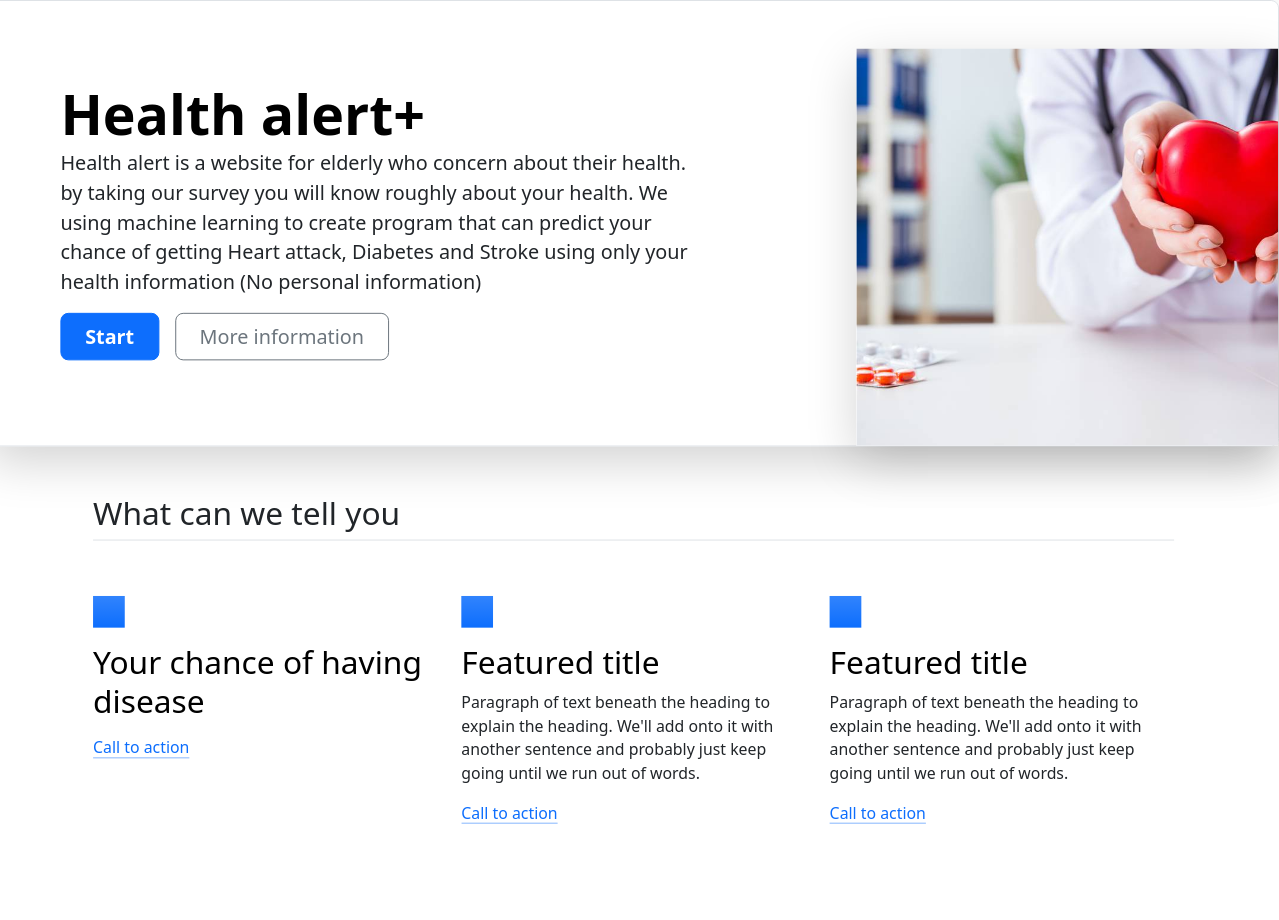
Repository: aneforollll/webapp
Page: index.html
The author's editor kept a copy of each file at every save. The page is drawn from the files as they stood at one save, then again after the next save.
The browser window is 1280 px wide. The page is 1292 px wide, so the pictures cover 1292 px, including what lies to the right of the window. The pictures show the whole page, at 99% of full size.

Above is the page before, as saved 2024-01-09 09:19:08.

After the next save:
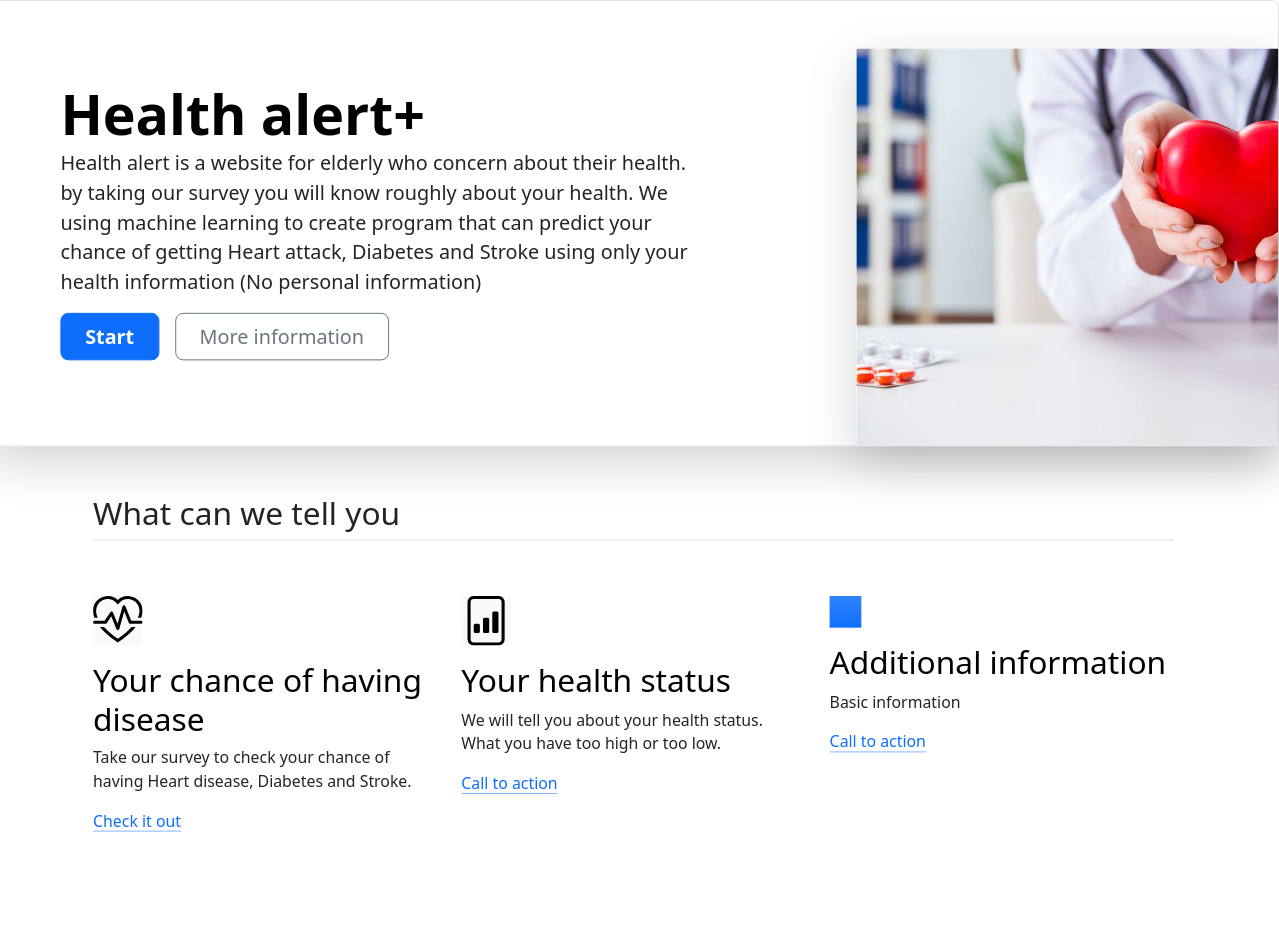
Saved 7 min 52 s later.
--- a/index.html
+++ b/index.html
@@ -8,7 +8,7 @@
   </head>
   <body>
 
-    <script src="https://cdn.jsdelivr.net/npm/bootstrap@5.3.2/dist/js/bootstrap.bundle.min.js" integrity="sha384-C6RzsynM9kWDrMNeT87bh95OGNyZPhcTNXj1NW7RuBCsyN/o0jlpcV8Qyq46cDfL" crossorigin="anonymous"></script>
+
     <div class="row p-4 pb-0 pe-lg-0 pt-lg-5 align-items-center rounded-3 border shadow-lg">
         <div class="col-lg-7 p-3 p-lg-5 pt-lg-3">
           <h1 class="display-4 fw-bold lh-1 text-body-emphasis">Health alert+</h1>
@@ -28,23 +28,29 @@
         <h2 class="pb-2 border-bottom">What can we tell you</h2>
         <div class="row g-4 py-5 row-cols-1 row-cols-lg-3">
           <div class="feature col">
-            <div class="feature-icon d-inline-flex align-items-center justify-content-center text-bg-primary bg-gradient fs-2 mb-3">
-              <svg class="bi" width="1em" height="1em"><use xlink:href="#collection"></use></svg>
+            <div class="feature-icon d-inline-flex align-items-center justify-content-center text-bg-light bg-gradient fs-2 mb-3">
+              <svg xmlns="http://www.w3.org/2000/svg" width="50" height="50" fill="light" class="bi bi-heart-pulse" viewBox="0 0 16 16">
+                <path d="m8 2.748-.717-.737C5.6.281 2.514.878 1.4 3.053.918 3.995.78 5.323 1.508 7H.43c-2.128-5.697 4.165-8.83 7.394-5.857.06.055.119.112.176.171a3.12 3.12 0 0 1 .176-.17c3.23-2.974 9.522.159 7.394 5.856h-1.078c.728-1.677.59-3.005.108-3.947C13.486.878 10.4.28 8.717 2.01zM2.212 10h1.315C4.593 11.183 6.05 12.458 8 13.795c1.949-1.337 3.407-2.612 4.473-3.795h1.315c-1.265 1.566-3.14 3.25-5.788 5-2.648-1.75-4.523-3.434-5.788-5Z"/>
+                <path d="M10.464 3.314a.5.5 0 0 0-.945.049L7.921 8.956 6.464 5.314a.5.5 0 0 0-.88-.091L3.732 8H.5a.5.5 0 0 0 0 1H4a.5.5 0 0 0 .416-.223l1.473-2.209 1.647 4.118a.5.5 0 0 0 .945-.049l1.598-5.593 1.457 3.642A.5.5 0 0 0 12 9h3.5a.5.5 0 0 0 0-1h-3.162z"/>
+              </svg>
             </div>
             <h3 class="fs-2 text-body-emphasis">Your chance of having disease</h3>
-            <p></p>
-            <a href="#" class="icon-link">
-              Call to action
+            <p>Take our survey to check your chance of having Heart disease, Diabetes and Stroke.</p>
+            <a href="healthalertfrom.html" class="icon-link">
+              Check it out
               <svg class="bi"><use xlink:href="#chevron-right"></use></svg>
             </a>
           </div>
           <div class="feature col">
-            <div class="feature-icon d-inline-flex align-items-center justify-content-center text-bg-primary bg-gradient fs-2 mb-3">
-              <svg class="bi" width="1em" height="1em"><use xlink:href="#people-circle"></use></svg>
+            <div class="feature-icon d-inline-flex align-items-center justify-content-center text-bg-light bg-gradient fs-2 mb-3">
+              <svg xmlns="http://www.w3.org/2000/svg" width="50" height="50" fill="light" class="bi bi-file-bar-graph" viewBox="0 0 16 16">
+                <path d="M4.5 12a.5.5 0 0 1-.5-.5v-2a.5.5 0 0 1 .5-.5h1a.5.5 0 0 1 .5.5v2a.5.5 0 0 1-.5.5zm3 0a.5.5 0 0 1-.5-.5v-4a.5.5 0 0 1 .5-.5h1a.5.5 0 0 1 .5.5v4a.5.5 0 0 1-.5.5zm3 0a.5.5 0 0 1-.5-.5v-6a.5.5 0 0 1 .5-.5h1a.5.5 0 0 1 .5.5v6a.5.5 0 0 1-.5.5z"/>
+                <path d="M4 0a2 2 0 0 0-2 2v12a2 2 0 0 0 2 2h8a2 2 0 0 0 2-2V2a2 2 0 0 0-2-2zm0 1h8a1 1 0 0 1 1 1v12a1 1 0 0 1-1 1H4a1 1 0 0 1-1-1V2a1 1 0 0 1 1-1"/>
+              </svg>
             </div>
-            <h3 class="fs-2 text-body-emphasis">Featured title</h3>
-            <p>Paragraph of text beneath the heading to explain the heading. We'll add onto it with another sentence and probably just keep going until we run out of words.</p>
-            <a href="#" class="icon-link">
+            <h3 class="fs-2 text-body-emphasis">Your health status</h3>
+            <p>We will tell you about your health status. What you have too high or too low.</p>
+            <a href="dashboard.html" class="icon-link">
               Call to action
               <svg class="bi"><use xlink:href="#chevron-right"></use></svg>
             </a>
@@ -53,11 +59,13 @@
             <div class="feature-icon d-inline-flex align-items-center justify-content-center text-bg-primary bg-gradient fs-2 mb-3">
               <svg class="bi" width="1em" height="1em"><use xlink:href="#toggles2"></use></svg>
             </div>
-            <h3 class="fs-2 text-body-emphasis">Featured title</h3>
-            <p>Paragraph of text beneath the heading to explain the heading. We'll add onto it with another sentence and probably just keep going until we run out of words.</p>
+            <h3 class="fs-2 text-body-emphasis">Additional information</h3>
+            <p>Basic information</p>
+            <p></p>
             <a href="dashboard.html" class="icon-link">
               Call to action
               <svg class="bi"><use xlink:href="#chevron-right"></use></svg>
+              <script src="https://cdn.jsdelivr.net/npm/bootstrap@5.3.2/dist/js/bootstrap.bundle.min.js" integrity="sha384-C6RzsynM9kWDrMNeT87bh95OGNyZPhcTNXj1NW7RuBCsyN/o0jlpcV8Qyq46cDfL" crossorigin="anonymous"></script>
             </a>
           </div>
         </div>
